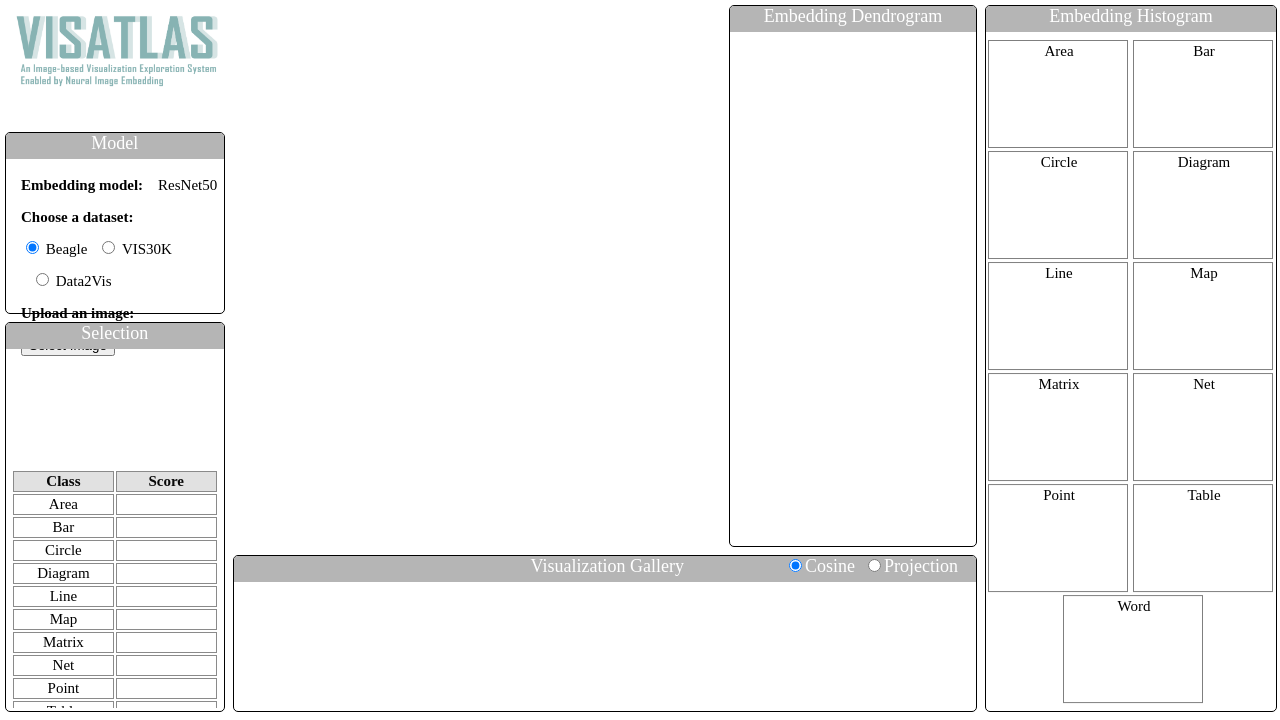
Repository: yilinye/AI_and_human_paintings
Page: / (app in VIS4AI_art/Frontend/)
An editor plug-in stored every save of this project. The page is shown before and after the next save, followed by the edit.
The browser window is 1280 px wide. The pictures show the whole page.
The page's requests for data from a server got no answer. The project was rebuilt for these pictures with package versions that can differ from the ones it lists, and the page was loaded fresh each time. No one was signed in, and anything a server would have sent is missing. Also part of the build but not shown: VIS4AI_art/Frontend/vite.config.js, VIS4AI_art/Frontend/vue.config.js, VIS4AI_art/Frontend/src/components/WelcomeItem.vue, VIS4AI_art/Frontend/src/components/icons/IconDocumentation.vue, VIS4AI_art/Frontend/src/components/icons/IconTooling.vue, VIS4AI_art/Frontend/src/components/icons/IconEcosystem.vue, VIS4AI_art/Frontend/src/components/icons/IconCommunity.vue, VIS4AI_art/Frontend/src/components/icons/IconSupport.vue and 2 more.

Above is the page before, as saved 2022-04-30 21:11:02.

After the next save:
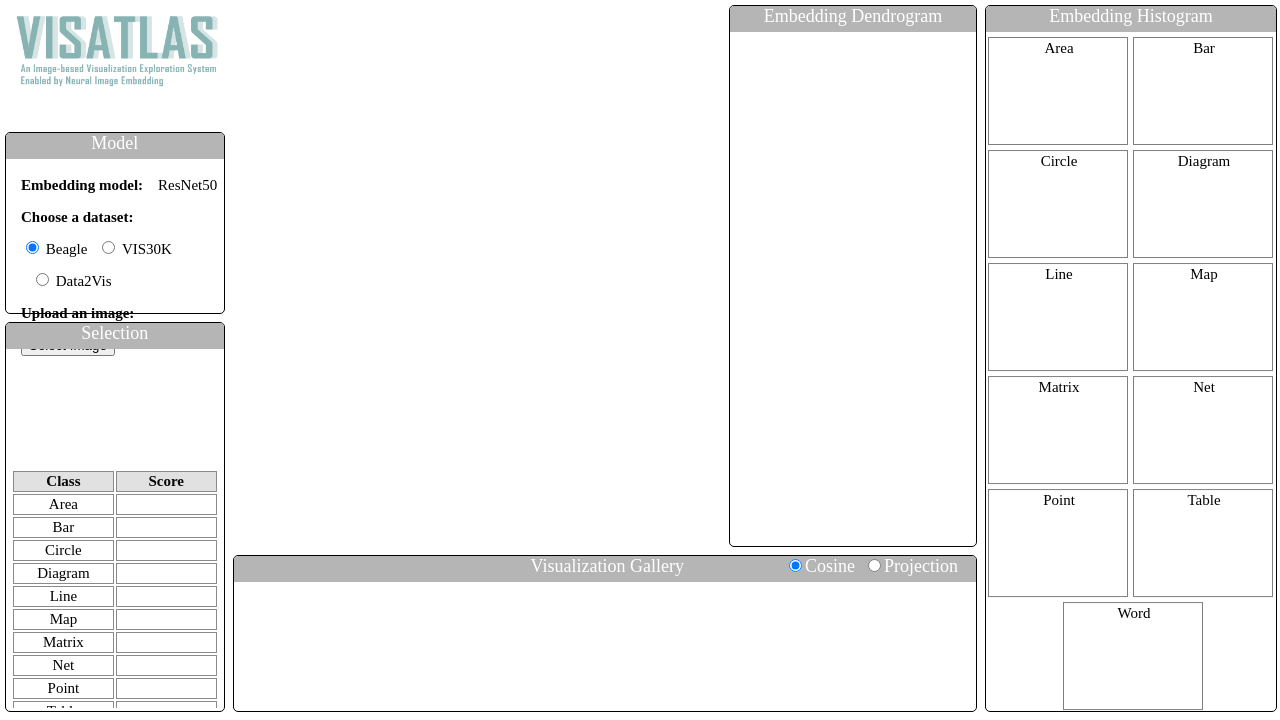
Saved 7 s later.
--- a/VIS4AI_art/Frontend/src/components/histogramView.vue
+++ b/VIS4AI_art/Frontend/src/components/histogramView.vue
@@ -15,7 +15,7 @@
         v-for="(ty, index) in typeName"
         :key="ty"
         :id="'His' + ty"
-        v-bind:style="{ border: 'solid 1px rgba(0, 0, 0, 0.5)', width: wd, height:hs, position: 'absolute', left: '2px', transform: 'translate(' + (index == 10 ? 'calc(50% + 5px)' : index % 2 ? 'calc(100% + 5px)' : '0') + ',' + 'calc(' + ((Math.floor(index / 2)) * 100) + '% + ' + ((Math.floor(index / 2)) * 3) + 'px' + ' + 8px)' + ')' }"
+        v-bind:style="{ border: 'solid 1px rgba(0, 0, 0, 0.5)', width: wd, height:hs, position: 'absolute', left: '2px', transform: 'translate(' + (index == 10 ? 'calc(50% + 5px)' : index % 2 ? 'calc(100% + 5px)' : '0') + ',' + 'calc(' + ((Math.floor(index / 2)) * 100) + '% + ' + ((Math.floor(index / 2)) * 5) + 'px' + ' + 5px)' + ')' }"
       >
 
       </div>
